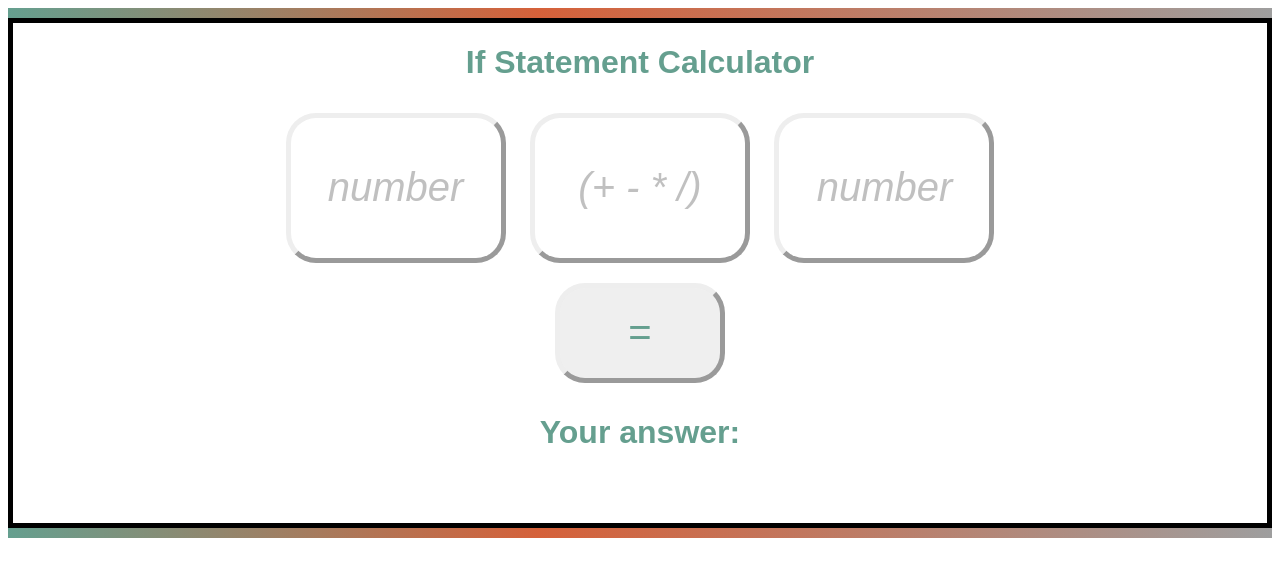
Repository: WesleyErasmus/threeInputCalculator
Page: html/if-calculator.html
An editor plug-in stored every save of this project. The page is shown before and after the next save, followed by the edit.
The browser window is 1280 px wide. The pictures show the whole page.

Above is the page before, as saved 2022-04-27 22:59:04.

### html/if-calculator.html
<!DOCTYPE html>
<html lang="en">
<head>
    <meta charset="UTF-8">
    <meta http-equiv="X-UA-Compatible" content="IE=edge">
    <meta name="viewport" content="width=device-width, initial-scale=1.0">
    <title>JS If Calculator</title>
    <link rel="stylesheet" href="/css/stylesheet.css">
    <script src="/js/if-calculator.js"></script>
</head>
<body>
    <div id="topGradientBar"></div>
<center>
    <form onsubmit="return false;">
        <h1>If Statement Calculator</h1>
         <input id="input1" type="text" name = "input1" placeholder="number"> <!-- input-1 -->
         <input id="input3" type="text" name = "input3" placeholder="(+ - * /)"> <!-- input-3 (operator) -->
         <input id="input2" type="text" name = "input2" placeholder="number"> <!-- input-2 -->
        <div>
         <button onclick="sum()">=</button>
        </div>
         <h1>Your answer:</h1>
         <p id="output"></p>
    </form>
    <div id="topGradientBar"></div>
</center>
</body>
</html>

### css/stylesheet.css
body {
font-family: sans-serif;
/* background-color: #9e9e9e; */
}
#topGradientBar {
    background: rgb(101,159,143);
background: linear-gradient(90deg, rgba(101,159,143,1) 0%, rgba(213,97,58,1) 42%, rgba(158,158,158,1) 100%);
height: 10px;
}
h1 {
    color: #659f8f;
}
form {
    border: 5px solid;
    border-color: linear-gradient(90deg, rgba(101,159,143,1) 0%, rgba(213,97,58,1) 42%, rgba(158,158,158,1) 100%);;
    display: block;
    margin: 0 auto;
}
input {
    width: 170px;
    height: 100px;
    padding: 20px;
    margin: 10px;
    text-align: center;
    font-size: 40px;
    border-radius: 30px;
    border: 5px outset;
}
button {
    color: #659f8f;
    width: 170px;
    height: 100px;
    padding: 0;
    margin: 10px;
    font-size: 40px;
    border-radius: 30px;
    border: 5px outset;
}
p {
    text-align: center;
    margin: 10px;
    padding: 20px;
    font-size: 75px;
    border-radius: 10px;
    color: #d5613a;
}
::placeholder {
    color: #9e9e9ea6;
    font-style: italic;
}

### js/if-calculator.js
function sum() {
const num1 = document.getElementById("input1").value;
const num2 = document.getElementById("input2").value;
const operator = document.getElementById("input3").value;
const output = document.getElementById("output").value;
  let answer;
  document.getElementById("output").value;
  if (operator == '+') {
    answer = +num1 + +num2;
    document.getElementById("output").innerHTML = answer;
  } else if (operator == '-') {
    answer = num1 - num2;
    document.getElementById("output").innerHTML = answer;
  } else if (operator == '*') {
    answer = num1 * num2;
    document.getElementById("output").innerHTML = answer;
  } else {
    answer = num1 / num2;
    document.getElementById("output").innerHTML = answer;
  }console.log(answer);
}

After the next save:
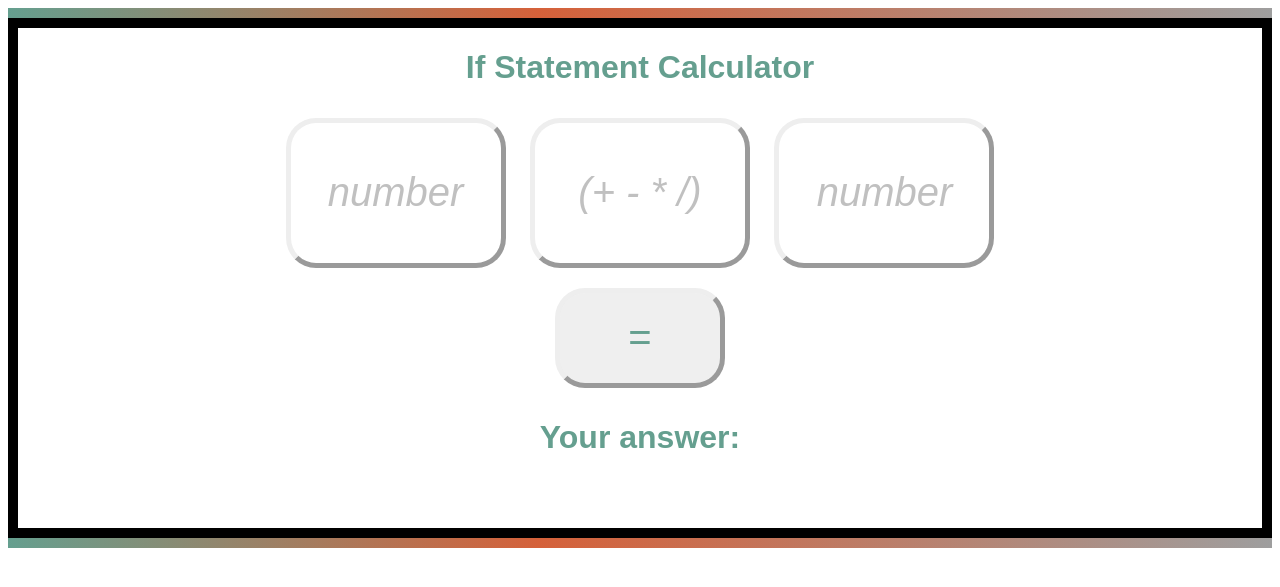
Saved 10 s later.
--- a/css/stylesheet.css
+++ b/css/stylesheet.css
@@ -11,7 +11,7 @@ h1 {
     color: #659f8f;
 }
 form {
-    border: 5px solid;
+    border: 10px solid;
     border-color: linear-gradient(90deg, rgba(101,159,143,1) 0%, rgba(213,97,58,1) 42%, rgba(158,158,158,1) 100%);;
     display: block;
     margin: 0 auto;
